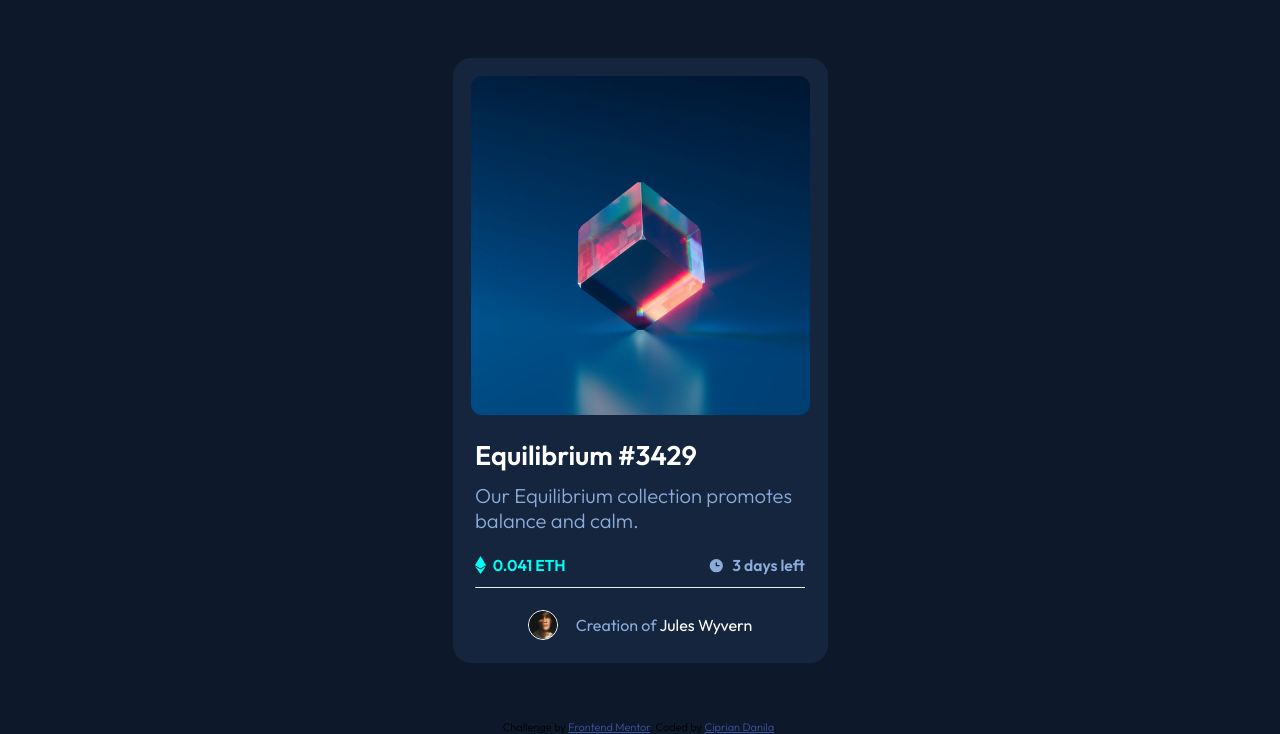
Repository: cipdanila/NFT-preview-card-component
Page: index.html
The author's editor kept a copy of each file at every save. The page is drawn from the files as they stood at one save, then again after the next save.
The browser window is 1280 px wide. The pictures show the whole page.

Above is the page before, as saved 2024-01-31 17:36:24.

After the next save:
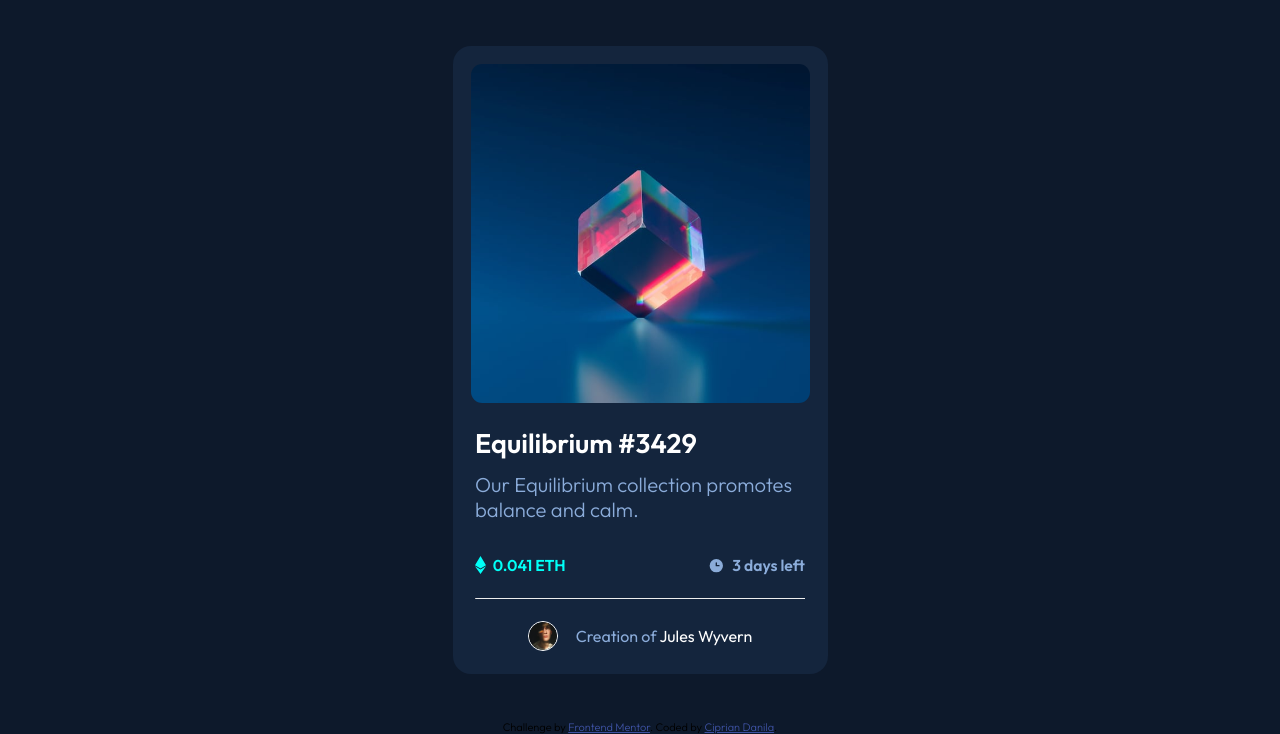
Saved 108 s later.
--- a/style.css
+++ b/style.css
@@ -76,7 +76,7 @@
     width: 100%;
     display: flex;
     justify-content: space-between;
-    padding: 0.625rem 0;
+    padding: 1.25rem 0;
     font-size: 0.875rem;
     font-weight: 600;
 }
